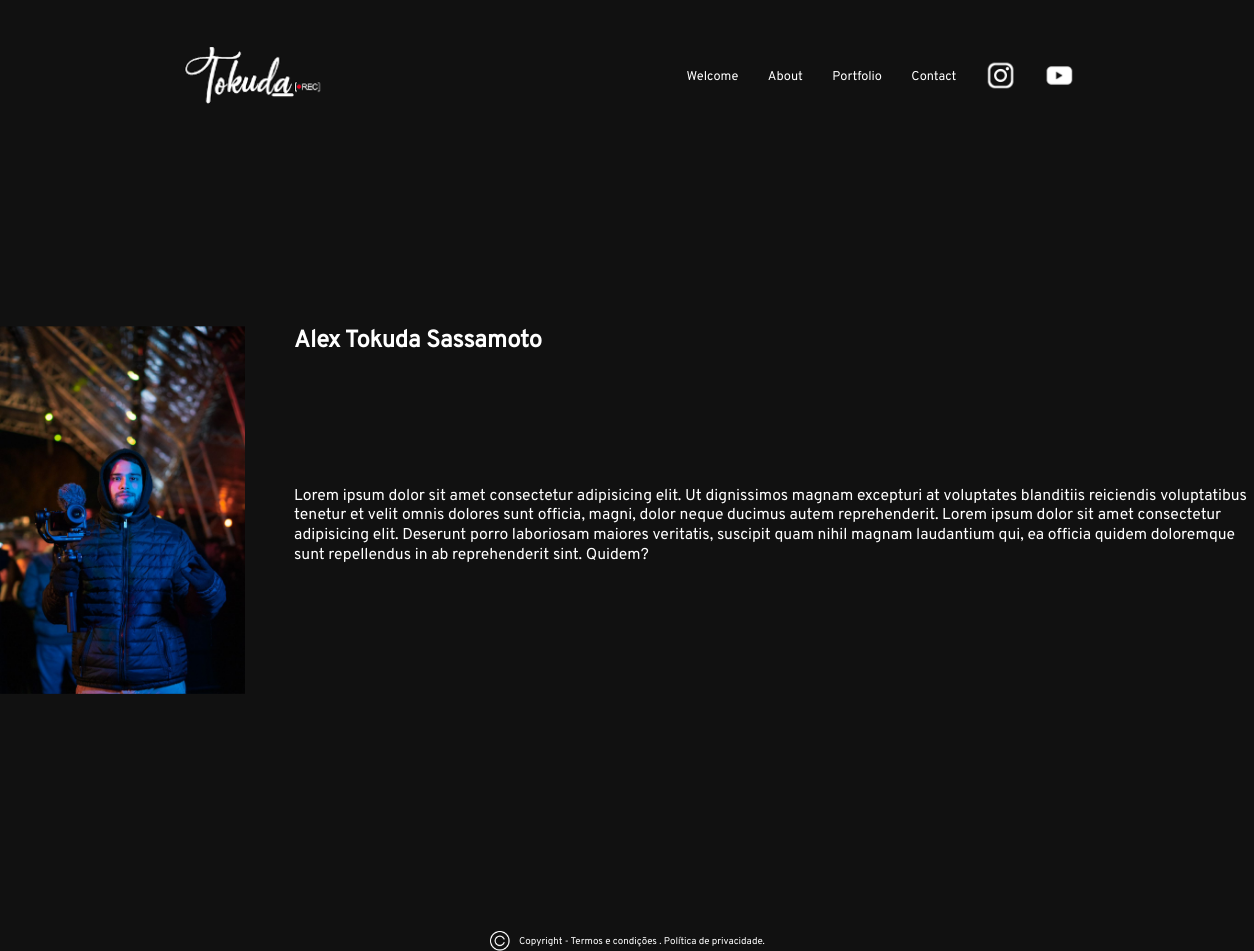
Repository: Lucasbeze/Project-FilmMaker
Page: projeto-alex/pages/about.html
These files come from the project's save history. The page is drawn as it stood at one moment and after the next save; the edit follows.
The browser window is 1280 px wide. The pictures show the whole page, at 98% of full size.

Above is the page before, as saved 2022-08-25 14:59:56.

After the next save:
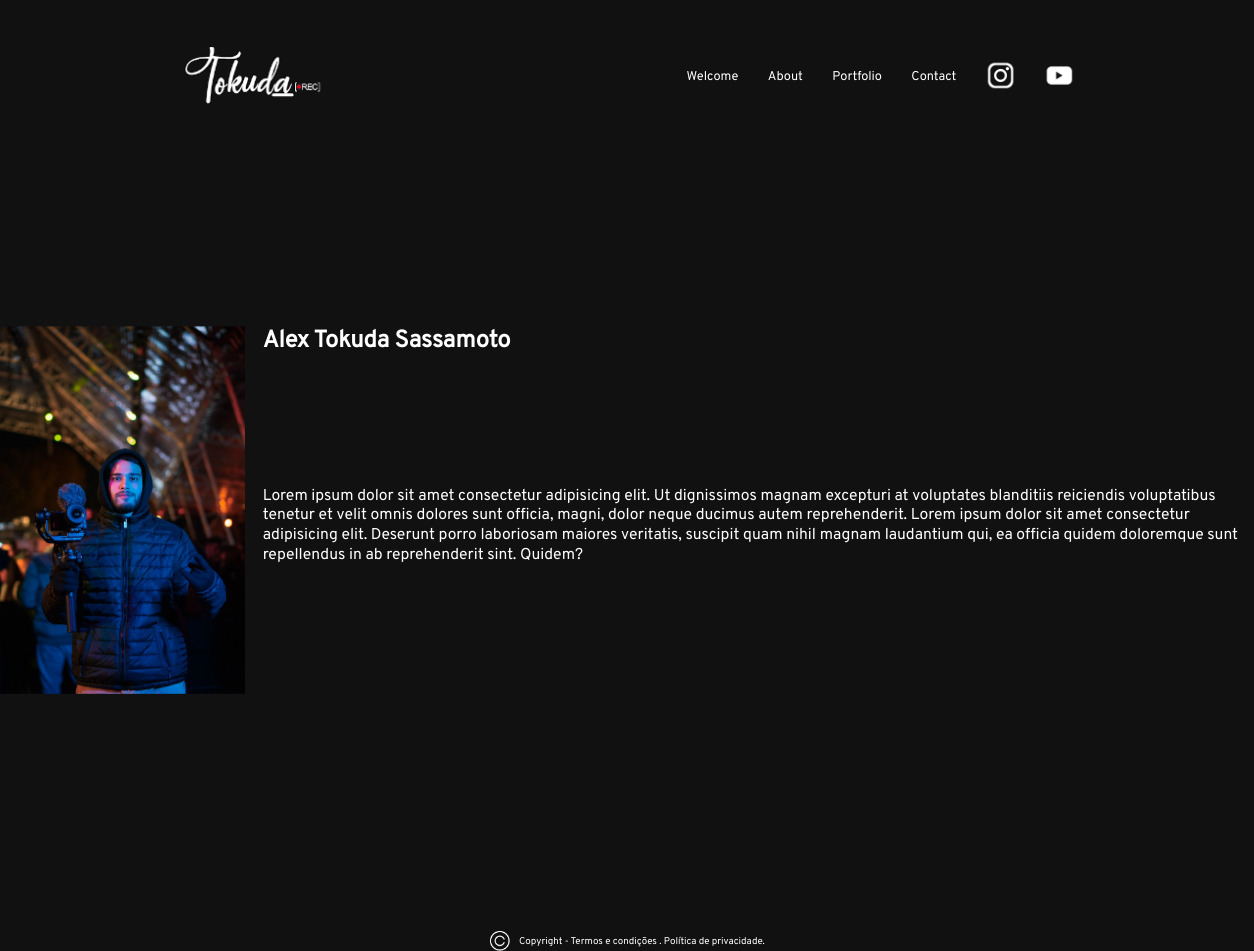
Saved 11 s later.
--- a/projeto-alex/css/about.css
+++ b/projeto-alex/css/about.css
@@ -41,7 +41,7 @@
 .main-page {
   margin: 21.9rem auto 9rem;
   display:flex;
-  gap: 50px;
+  gap: 1.8rem;
 }
 .content {
   display: flex;
